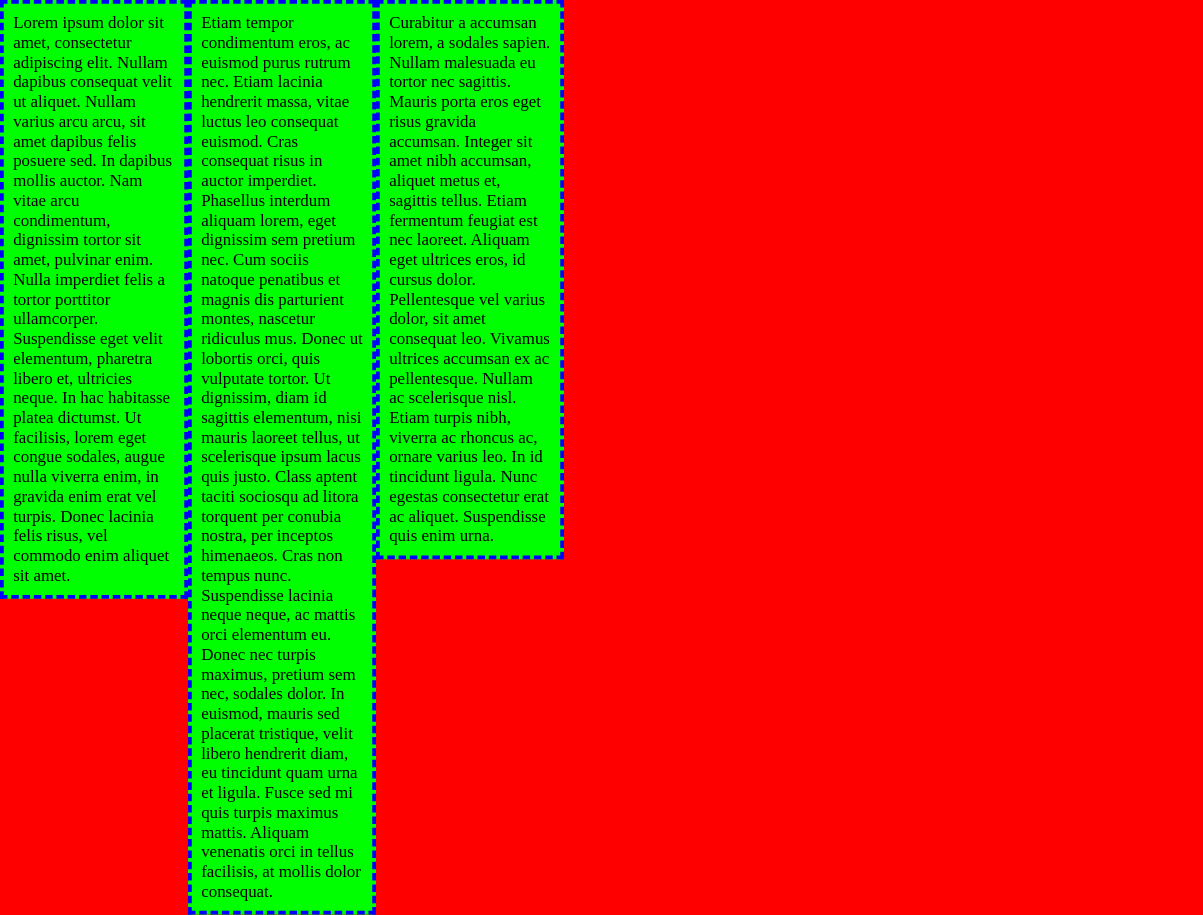
Repository: simonekurtz/simonekurtz.github.io
Page: CLASS3_CSS Cont/CSS_Cont.html
The author's editor kept a record of every edit. The page is drawn from the files as they stood at one moment, then again after the next edit.
The browser window is 1280 px wide. The pictures show the whole page, at 94% of full size.

Above is the page before.

After the next edit:
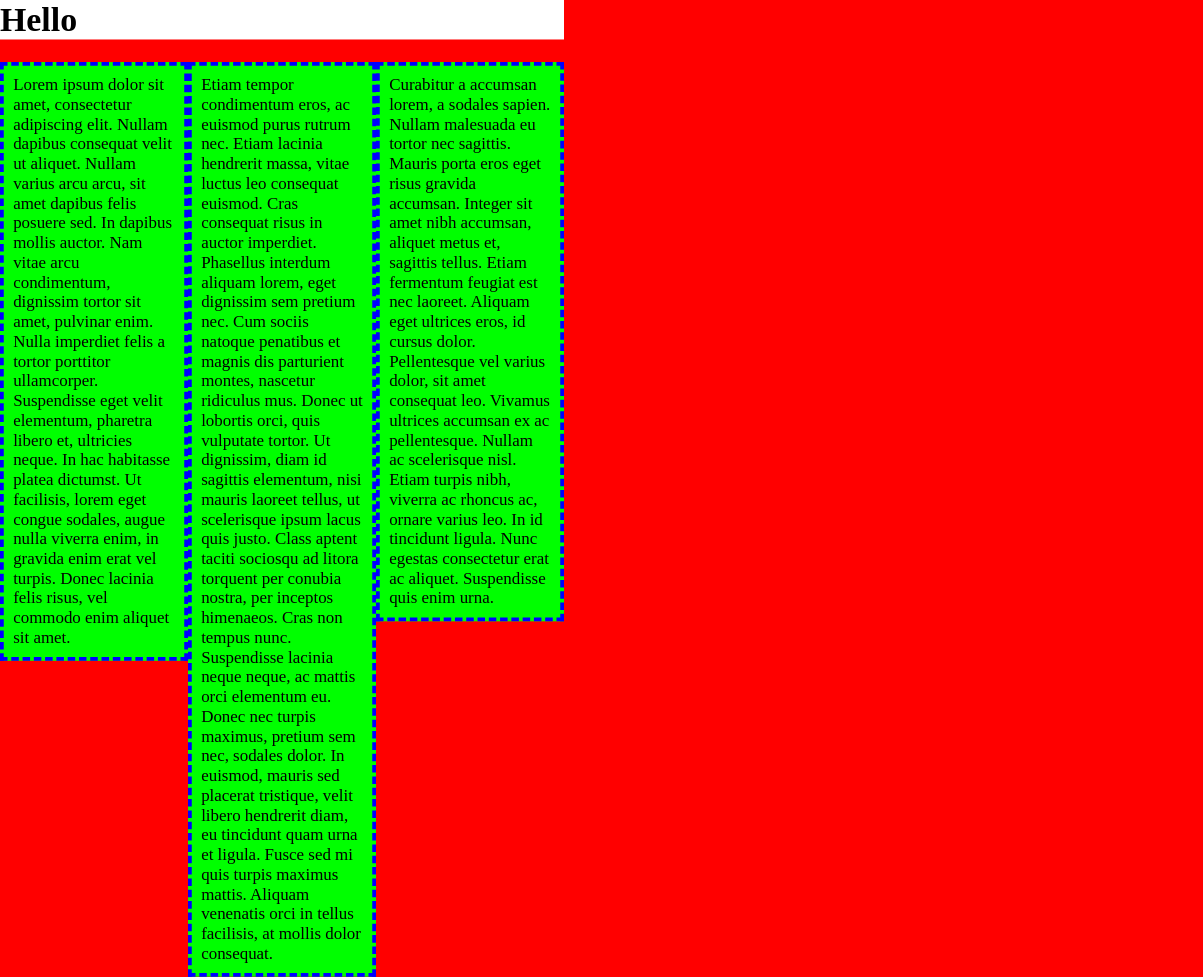
The edit:
--- a/CLASS3_CSS Cont/CSS_Cont.html
+++ b/CLASS3_CSS Cont/CSS_Cont.html
@@ -5,7 +5,9 @@
     </head>
     <body>
         <div class="wrapper">
-            <div class="header"></div>
+            <div class="header">
+                <h1>Hello</h1>
+            </div>
             <div class="column">Lorem ipsum dolor sit amet, consectetur adipiscing elit. Nullam dapibus consequat velit ut aliquet. Nullam varius arcu arcu, sit amet dapibus felis posuere sed. In dapibus mollis auctor. Nam vitae arcu condimentum, dignissim tortor sit amet, pulvinar enim. Nulla imperdiet felis a tortor porttitor ullamcorper. Suspendisse eget velit elementum, pharetra libero et, ultricies neque. In hac habitasse platea dictumst. Ut facilisis, lorem eget congue sodales, augue nulla viverra enim, in gravida enim erat vel turpis. Donec lacinia felis risus, vel commodo enim aliquet sit amet.</div>
             <div class="column">Etiam tempor condimentum eros, ac euismod purus rutrum nec. Etiam lacinia hendrerit massa, vitae luctus leo consequat euismod. Cras consequat risus in auctor imperdiet. Phasellus interdum aliquam lorem, eget dignissim sem pretium nec. Cum sociis natoque penatibus et magnis dis parturient montes, nascetur ridiculus mus. Donec ut lobortis orci, quis vulputate tortor. Ut dignissim, diam id sagittis elementum, nisi mauris laoreet tellus, ut scelerisque ipsum lacus quis justo. Class aptent taciti sociosqu ad litora torquent per conubia nostra, per inceptos himenaeos. Cras non tempus nunc. Suspendisse lacinia neque neque, ac mattis orci elementum eu. Donec nec turpis maximus, pretium sem nec, sodales dolor. In euismod, mauris sed placerat tristique, velit libero hendrerit diam, eu tincidunt quam urna et ligula. Fusce sed mi quis turpis maximus mattis. Aliquam venenatis orci in tellus facilisis, at mollis dolor consequat.</div>
             <div class="column">Curabitur a accumsan lorem, a sodales sapien. Nullam malesuada eu tortor nec sagittis. Mauris porta eros eget risus gravida accumsan. Integer sit amet nibh accumsan, aliquet metus et, sagittis tellus. Etiam fermentum feugiat est nec laoreet. Aliquam eget ultrices eros, id cursus dolor. Pellentesque vel varius dolor, sit amet consequat leo. Vivamus ultrices accumsan ex ac pellentesque. Nullam ac scelerisque nisl. Etiam turpis nibh, viverra ac rhoncus ac, ornare varius leo. In id tincidunt ligula. Nunc egestas consectetur erat ac aliquet. Suspendisse quis enim urna.</div>
